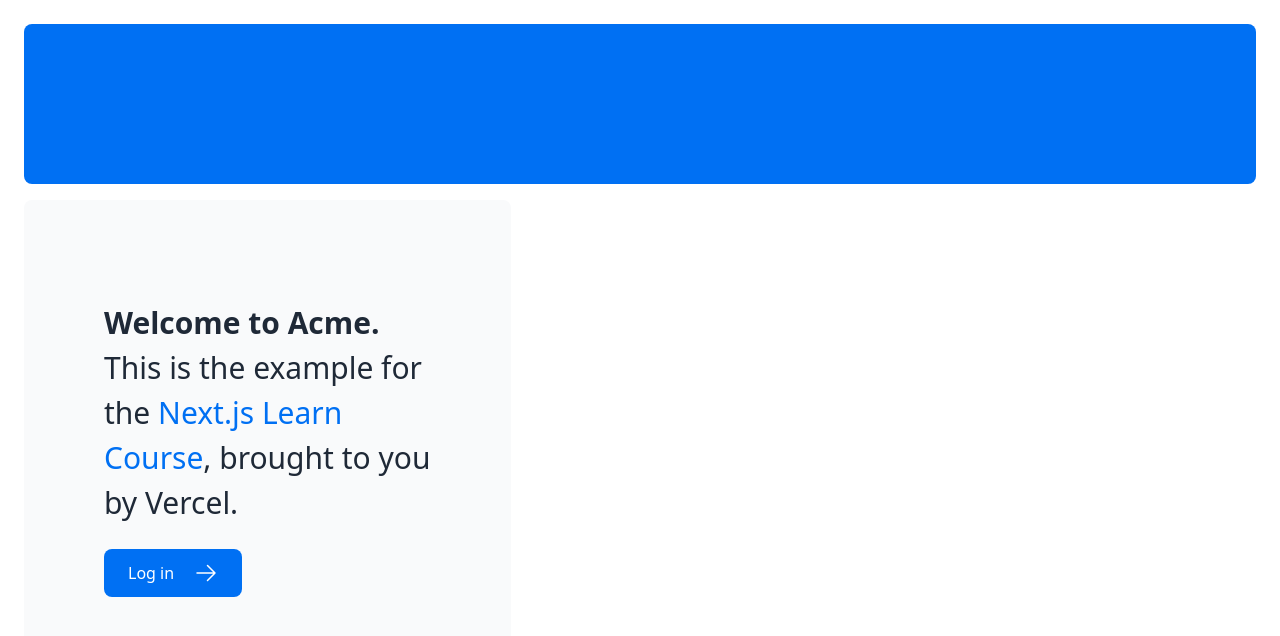
Repository: lokinell/nextjs-dashboard
Page: /
These files come from the project's save history. The page is drawn as it stood at one moment and after a run of saves; the edit follows.
The browser window is 1280 px wide. The pictures show the whole page.
The project was rebuilt for these pictures with package versions that can differ from the ones it lists, and the page was loaded fresh each time. The framework's server and built-in components were replaced by stand-ins that run in the browser. Also part of the build but not shown: next.config.js.

Above is the page before, as saved 2024-03-11 23:34:37.

### app/page.tsx
import AcmeLogo from '@/app/ui/acme-logo';
import { ArrowRightIcon } from '@heroicons/react/24/outline';
import Link from 'next/link';

export default function Page() {
  return (
    <main className="flex min-h-screen flex-col p-6">
      <div className="flex h-20 shrink-0 items-end rounded-lg bg-blue-500 md:h-40">
        {/* <AcmeLogo /> */}
      </div>
      <div className="mt-4 flex grow flex-col gap-4 md:flex-row">
        <div className="flex flex-col justify-center gap-6 rounded-lg bg-gray-50 px-6 py-10 md:w-2/5 md:px-20">
          <p className={`text-xl text-gray-800 md:text-3xl md:leading-normal`}>
            <strong>Welcome to Acme.</strong> This is the example for the{' '}
            <a href="https://nextjs.org/learn/" className="text-blue-500">
              Next.js Learn Course
            </a>
            , brought to you by Vercel.
          </p>
          <Link
            href="/login"
            className="flex items-center gap-5 self-start rounded-lg bg-blue-500 px-6 py-3 text-sm font-medium text-white transition-colors hover:bg-blue-400 md:text-base"
          >
            <span>Log in</span> <ArrowRightIcon className="w-5 md:w-6" />
          </Link>
        </div>
        <div className="flex items-center justify-center p-6 md:w-3/5 md:px-28 md:py-12">
          {/* Add Hero Images Here */}
        </div>
      </div>
    </main>
  );
}

Loaded but not shown: app/layout.tsx (common file); app/ui/global.css (common file); tailwind.config.ts (common file)

After the next 2 saves:
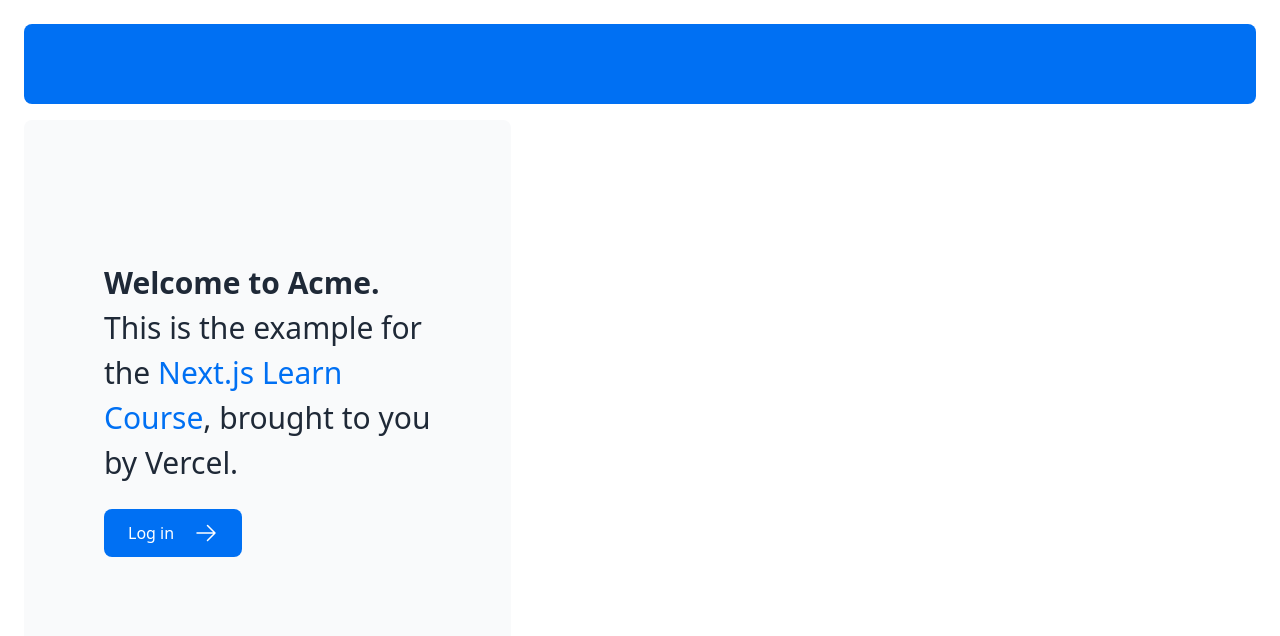
The 2 saves are shown as one change because they came seconds apart.
The last was saved 7 s later.
--- a/app/page.tsx
+++ b/app/page.tsx
@@ -5,7 +5,7 @@
 export default function Page() {
   return (
     <main className="flex min-h-screen flex-col p-6">
-      <div className="flex h-20 shrink-0 items-end rounded-lg bg-blue-500 md:h-40">
+      <div className="flex h-20 shrink-0 items-end rounded-lg bg-blue-500 md:h-30">
         {/* <AcmeLogo /> */}
       </div>
       <div className="mt-4 flex grow flex-col gap-4 md:flex-row">
